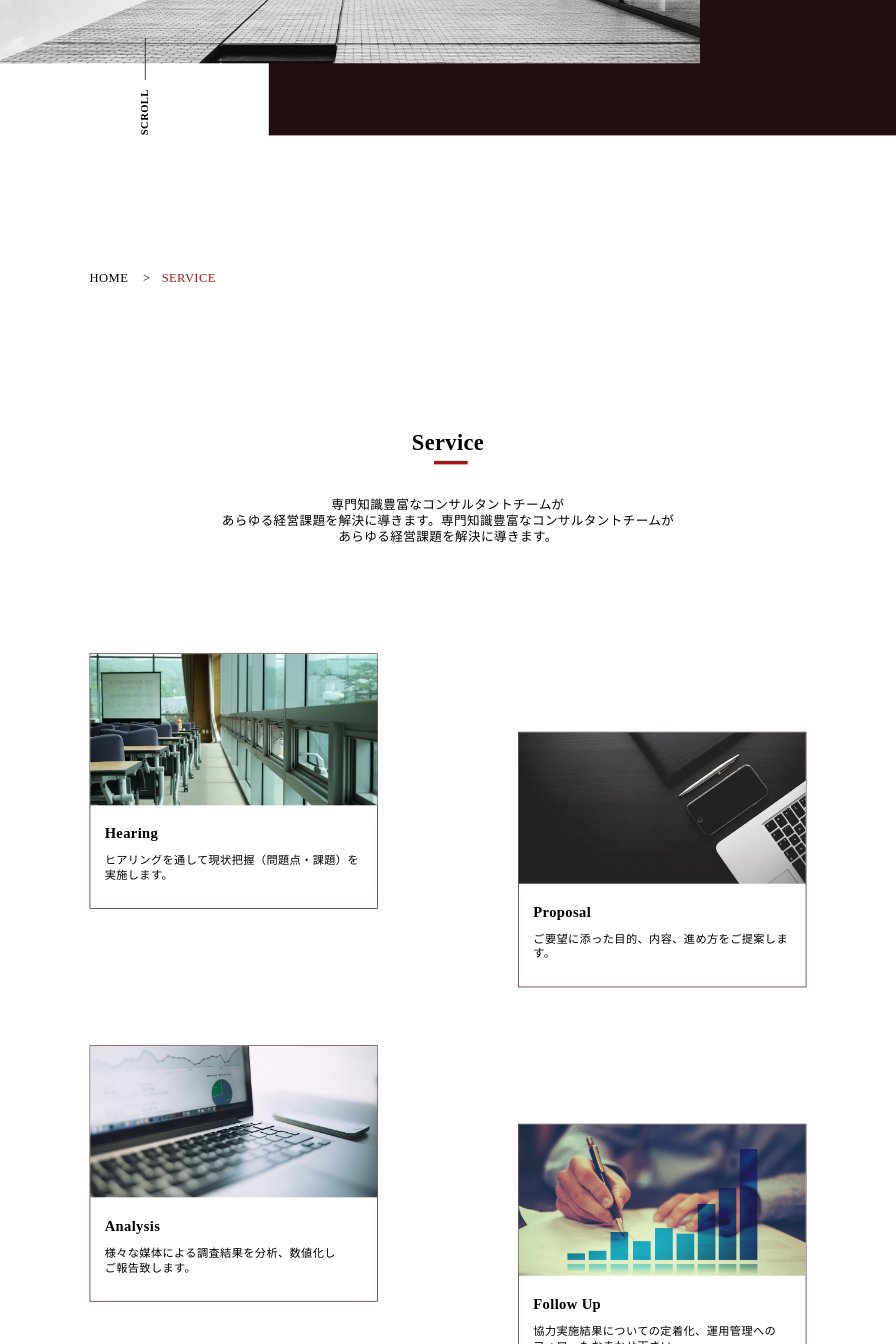
Repository: nozomi-23/hp2_test
Page: html/service.html
These files come from the project's save history. The page is drawn as it stood at one moment and after a run of saves; the edit follows.
The browser window is 1280 px wide. The pictures show the part of the page from y = 459 to 2379 px (the page is 2705 px tall), at 70% of full size.
Some web fonts or font styles are not loaded; a fallback is used. Some web libraries are served in a nearby version.

Above is the page before, as saved 2022-06-26 07:57:12.

### html/service.html
<!DOCTYPE html>
<html lang="ja">

<head>
  <meta charset="UTF-8">
  <title>コンサル事業 N.Company</title>
  <meta name="description" content="専門知識豊富なコンサルタントチームがあらゆる経営課題を解決に導きます。">
  <meta name="keywords" content="コンサル,経営改善,サポート">
  <meta name="viewport" content="width=device-width, initial-scale=1.0">
  <meta property="og:title" content="コンサル事業 N.Company">
  <meta property="og:type" content="article">
  <meta property="og:url" content="https://withcode-plus.tech">
  <meta property="og:image" content="img/logo.png">
  <meta property="og:description" content="専門知識豊富なコンサルタントチームがあらゆる経営課題を解決に導きます。">
  <meta property="og:site_name" content="コンサル事業">
  <link rel="icon" href="favicon.ico">
  <link rel="apple-touch-icon" sizes="180x180" href="img/logo.png">
  <link rel="preconnect" href="https://fonts.googleapis.com">
  <link rel="preconnect" href="https://fonts.gstatic.com" crossorigin>
  <link rel="preconnect" href="https://fonts.googleapis.com">
  <link rel="preconnect" href="https://fonts.gstatic.com" crossorigin>
  <link rel="preconnect" href="https://fonts.googleapis.com">
  <link rel="preconnect" href="https://fonts.gstatic.com" crossorigin>
  <link href="https://fonts.googleapis.com/css2?family=Bitter:wght@300;400&display=swap" rel="stylesheet">
  <link href="https://fonts.googleapis.com/css2?family=Noto+Serif+JP:wght@400;500;700&display=swap" rel="stylesheet">
  <script src="https://kit.fontawesome.com/b17c2acbc6.js" crossorigin="anonymous"></script>
  <link rel="stylesheet" type="text/css" href="../css/reset.css">
  <link rel="stylesheet" type="text/css" href="../css/common1.css">
  <link rel="stylesheet" type="text/css" href="../css/common2.css">
  <link rel="stylesheet" type="text/css" href="../css/service.css">
</head>

<body>
  <!-- ======== header ===== -->
  <header>
    <div class="header_inner">
      <h1 class="header_logo">
        <a href="../index.html"><img src="../img/logo.png" alt="ロゴ画像"></a>
      </h1>
      <nav class="header_nav">
        <ul>
          <li>
            <a href="#">SERVICE</a>
          </li>
          <li>
            <a href="../html/about.html">ABOUT</a>
          </li>
          <li>
            <a href="../html/news.html">NEWS</a>
          </li>
          <li>
            <a href="../html/contact.html">CONTACT</a>
          </li>
        </ul>
      </nav>
    </div>
    <div class="drawer"></div>
  </header>

  <!-- ======== fv ===== -->

  <section class="service_fv">
    <div class="service_fv_wrapper">
      <div class="service_fv_img">
        <img src="../img/service_main.png" alt="メイン画像">
      </div>
      <div class="fv_txt_wrapper_2">
        <span class="top_arrow_txt">SCROLL</span>
      </div>
      <div class="fv_ttl_wrapper">
        <h2 class="service_fv_ttl">SERVICE</h2>
      </div>
    </div>
  </section>

  <!-- ======== パンくずリスト ===== -->

  <section class="breadcrumb section">
    <div class="inner">
      <ul class="breadcrumb_list">
        <li class="breadcrumb_item">
          <a href="../index.html"><span>HOME</span></a>
        </li>
        <li class="breadcrumb_item">
          <a href="../index.html"><span class="color">SERVICE</span></a>
        </li>
      </ul>
    </div>
  </section>

  <!-- ======== service_intro ===== -->

  <section class="service_intro section">
    <div class="service_bg"></div>
    <div class="inner">
      <div class="service_tex">
        <h3 class="section_ttl">Service</h3>
        <p class="service_txt">専門知識豊富なコンサルタントチームが<br>
          あらゆる経営課題を解決に導きます。専門知識豊富なコンサルタントチームが<br>あらゆる経営課題を解決に導きます。</p>
      </div>
      <div class="service_intro_all">
        <ul class="intro_list">
          <li class="intro_item">
            <div class="intro_item_img">
              <img src="../img/hearing.png" alt="hearing画像">
            </div>
            <div class="intro_item_txt intro_item_1">
              <p class="intro_txt_ttl">Hearing</p>
              <p class="intro_txt_txt">ヒアリングを通して現状把握（問題点・課題）を<br>実施します。</p>
            </div>
          </li>
          <li class="intro_item intro_item_2">
            <div class="intro_item_img">
              <img src="../img/proposal.png" alt="proposal画像">
            </div>
            <div class="intro_item_txt">
              <p class="intro_txt_ttl">Proposal</p>
              <p class="intro_txt_txt">ご要望に添った目的、内容、進め方をご提案します。</p>
            </div>
          </li>
          <li class="intro_item intro_item_3">
            <div class="intro_item_img">
              <img src="../img/analysis.png" alt="analysis画像">
            </div>
            <div class="intro_item_txt">
              <p class="intro_txt_ttl">Analysis</p>
              <p class="intro_txt_txt">様々な媒体による調査結果を分析、数値化し<br>ご報告致します。</p>
            </div>
          </li>
          <li class="intro_item intro_item_4">
            <div class="intro_item_img">
              <img src="../img/followup.png" alt="followup画像">
            </div>
            <div class="intro_item_txt">
              <p class="intro_txt_ttl">Follow Up</p>
              <p class="intro_txt_txt">協力実施結果についての定着化、運用管理への<br>フォローもおまかせ下さい。</p>
            </div>
          </li>
        </ul>
      </div>
      </div>
    </div>
  </section>
</body>
<script src="https://ajax.googleapis.com/ajax/libs/jquery/3.5.1/jquery.min.js"></script>
<script type="text/javascript" src="js/common.js"></script>

</html>

### css/reset.css
@charset "UTF-8";

html,
body,
div,
span,
object,
iframe,
h1,
h2,
h3,
h4,
h5,
h6,
p,
blockquote,
pre,
abbr,
address,
cite,
code,
del,
dfn,
em,
img,
ins,
kbd,
q,
samp,
small,
strong,
sub,
sup,
var,
b,
i,
dl,
dt,
dd,
ol,
ul,
li,
fieldset,
form,
label,
legend,
table,
caption,
tbody,
tfoot,
thead,
tr,
th,
td,
article,
aside,
canvas,
details,
figcaption,
figure,
footer,
header,
hgroup,
menu,
nav,
section,
summary,
time,
mark,
audio,
video {
  margin: 0;
  padding: 0;
  border: 0;
  outline: 0;
  font-size: 100%;
  vertical-align: baseline;
  background: transparent;
}

body {
  line-height: 1;
}

article,
aside,
details,
figcaption,
figure,
footer,
header,
hgroup,
menu,
nav,
section {
  display: block;
}

nav ul {
  list-style: none;
}

blockquote,
q {
  quotes: none;
}

blockquote:before,
blockquote:after,
q:before,
q:after {
  content: '';
  content: none;
}

a {
  margin: 0;
  padding: 0;
  font-size: 100%;
  vertical-align: baseline;
  background: transparent;
}

/* change colours to suit your needs */
ins {
  background-color: #ff9;
  color: #000;
  text-decoration: none;
}

/* change colours to suit your needs */
mark {
  background-color: #ff9;
  color: #000;
  font-style: italic;
  font-weight: bold;
}

del {
  text-decoration: line-through;
}

abbr[title],
dfn[title] {
  border-bottom: 1px dotted;
  cursor: help;
}

table {
  border-collapse: collapse;
  border-spacing: 0;
}

/* change border colour to suit your needs */
hr {
  display: block;
  height: 1px;
  border: 0;
  border-top: 1px solid #cccccc;
  margin: 1em 0;
  padding: 0;
}

input,
select {
  vertical-align: middle;
}

### css/common1.css
@charset "UTF-8";

body {
  font-size: 18px;
  color: #000;
  letter-spacing: 0.03em;
  font-family: 'Noto Serif JP', serif;
  line-height: 1.3;
}
li {
  list-style: none;
}
a {
  text-decoration: none;
  cursor: pointer;
  color: #000;
}
/* =====================
共通レイアウト
========================*/

.section {
  margin: 15% 0;
  position: relative;
}

.inner {
  width: 80%;
  height: auto;
  margin: 0 auto;
  /* background-color: aqua; */
}

/* =====================
共通パーツ
========================*/

.section_ttl {
  position: relative;
  font-size: 2rem;
  font-weight: bold;
  display: inline-block;
  margin-bottom: 4.5%;
  padding: 1%;
}

.section_ttl::after {
  content: "";
  position: absolute;
  bottom: 0;
  left: 34%;
  display: inline-block;
  width: 3rem;
  border-bottom: 5px solid #A71414;
}

.btn {
  width: 25%;
  margin: 0 auto;
}

.btn a {
  text-align: center;
  color: #fff;
  background: #210E0E;
  font-weight: bold;
  line-height: 4;
  display: block;
  width: 100%;
  height: 100%;
  cursor: pointer;
  transition: all 0.5s;
}

.btn a:hover {
  opacity: 0.8;
  transition: all 0.5s;
}
/* =====================
header
========================*/
header {
  background: #000;
}

.header_inner {
  display: flex;
  justify-content: space-between;
  align-items: center;
  padding: 0.7%;
}

.header_logo {
  width: 20%;
}
.header_logo img {
  width: 100%;
  height: 100%;
}

.header_nav {
  width: 60%;
  height: auto;
}

.header_nav ul {
  display: flex;
  align-items: center;
}

.header_nav ul li {
  padding: 1.5% 6%;
  border-left: solid 1px #fff;
}

.header_nav ul li:last-child {
  border-right: solid 1px #fff;
}

.header_nav ul li a {
  display: block;
  color: #fff;
  font-weight: bold;
}

.header_nav ul li a:hover {
  color: #AB9999;
}

header .drawer {
  visibility: hidden;
}

/* =====================
footer
========================*/

footer {
  background: #000;
  padding: 2%;
  text-align: center;
}

.footer_logo {
  margin: 0 auto;
  width: 15%;
  height: auto;
}

.footer_logo img {
  width: 100%;
  height: 100%;
}

.footer_list {
  width: 70%;
  height: auto;
  display: flex;
  justify-content: center;
  align-items: center;
  margin: 3.5% auto;
}

.footer_list li {
  padding: 1% 6%;
  border-left: solid 1px #fff;
}

.footer_list li:last-child {
  border-right: solid 1px #fff;
}

.footer_list li a {
  color: #fff;
  font-size: 0.95rem;
}

.footer_list li a:hover {
  color: #AB9999;
}

.footer_sns {
  display: flex;
  align-items: center;
  justify-content: center;
  margin: 3% 0;
}

.sns_icon.sns_icon1 {
  margin-right: 2.5%;
}

.sns_icon.sns_icon1,
.sns_icon.sns_icon2 {
  font-size: 2.25rem;
}
.sns_icon a {
  color: #fff;
}

.sns_icon {
  transition: 0.2s;
}

.sns_icon:hover {
  transition: 0.2s;
  transform: translateY(-5px);
}


footer small {
  color: #fff;
  font-size: 0.8rem;
  display: block;
  margin: 1.5% 0;
}

### css/common2.css
@charset "UTF-8";

/* =====================
fv
========================*/
.service_fv_wrapper {
  display: flex;
  position: relative;
}

.service_fv_img {
  position: absolute;
  z-index: 1;
  top: 4%;
  left: 0;
}

.service_fv_img img {
  width: 100%;
  height: 100%;
}

.fv_txt_wrapper_2 {
  position: relative;
  width: 30%;
  height: 80vh;
}

.fv_ttl_wrapper {
  width: 70%;
  height: 80vh;
  background: #210E0E;
  align-items: center;
  display: flex;

}

.service_fv_ttl {
  color: #fff;
  font-weight: bold;
  font-size: 4.2rem;
  margin-left: auto;
  padding-right: 0.5em;
  z-index: 3;
}

.top_arrow_txt {
  position: absolute;
  bottom: 4%;
  left: 45%;
  transform: rotate(270deg);
  font-weight: bold;
  font-size: 0.95rem;
  z-index: 3;
}

.top_arrow_txt::after {
  content: "";
  width: 60px;
  border-bottom: solid 1px;
  display: inline-block;
  position: absolute;
  bottom: 40%;
  left: 120%;
}

/* =====================
パンくずリスト
========================*/
.breadcrumb_list {
  display: flex;
}

.breadcrumb_item::after {
  content: ">";
  padding: 0 1rem;
}

.breadcrumb_item:last-child::after {
  content: "";
}

.breadcrumb_item .color {
  color: #A71414;
}

### css/service.css
@charset "UTF-8";


/* =====================
service_intro
========================*/
.service_bg {
  position: absolute;
  width: 100px;
}

.service_tex {
  text-align: center;
}

.service_intro_all {
  margin: 15% 0;
}

.service_txt {
  width: 70%;
  height: auto;
  margin: 0 auto;
  text-align: center;
}

.intro_list {
  display: flex;
  justify-content: space-between;
  flex-wrap: wrap;
}

.intro_item {
  width: 40%;
  height: auto;
  margin-bottom: 19%;
  border: solid 1px #441414;
}


.intro_item_img img {
  width: 100%;
  height: 30vh;
  object-fit: cover;
}

.intro_item_txt {
  padding: 5%;}

.intro_txt_ttl {
  font-weight: bold;
  margin-bottom: 1rem;
  font-size: 1.3rem;
}

.intro_txt_txt {
  position: relative;
  padding-bottom: 1rem;
  font-size: 1rem;
}

.intro_item.intro_item_2 {
  position: relative;
  top: 7rem;
}

.intro_item.intro_item_4 {
  position: relative;
  top: 7rem;
}

Loaded but not shown: js/common.js (no copy from this time; the picture is the same without it)

After the next 8 saves:
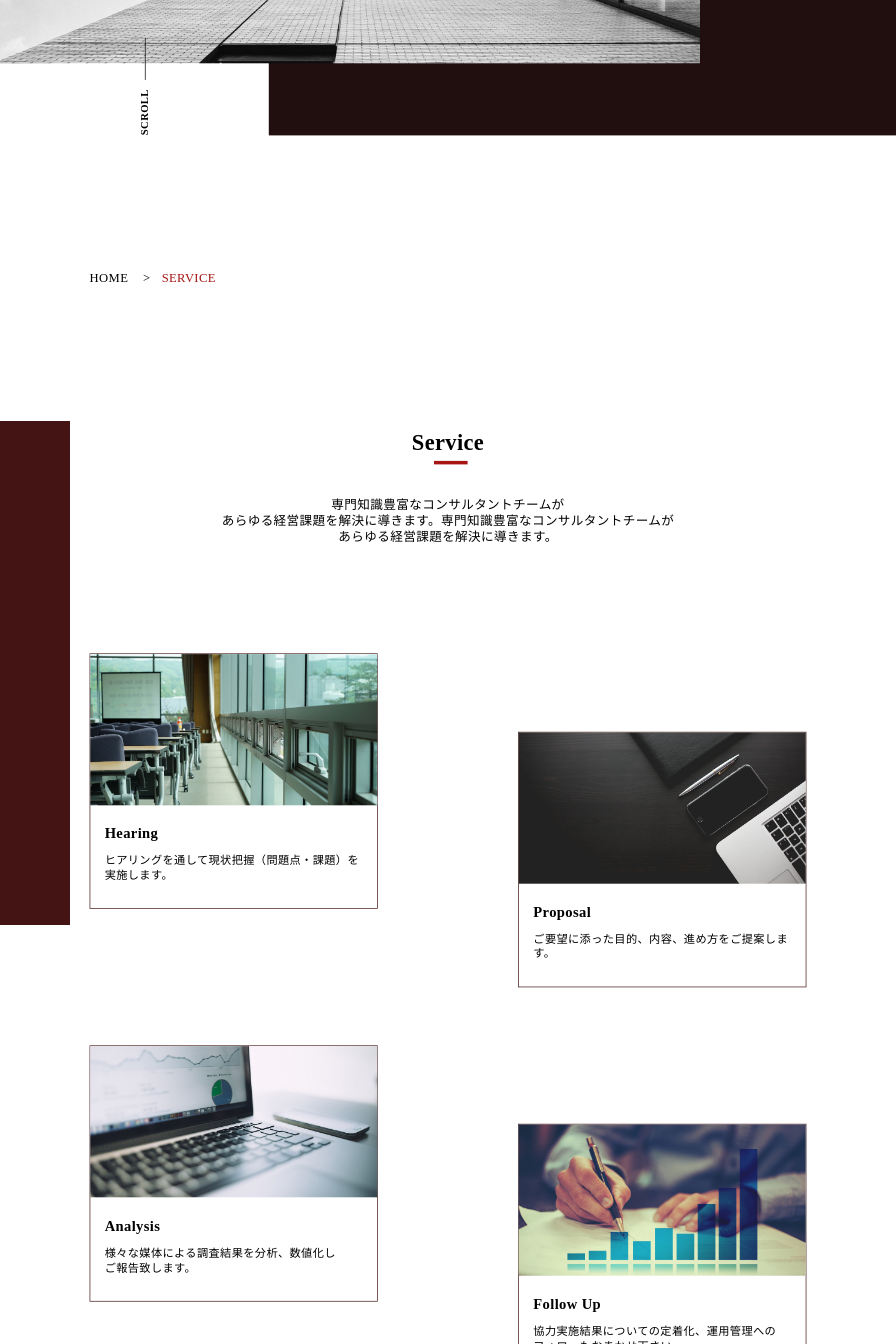
The 8 saves are shown as one change because they came seconds apart.
The last was saved 27 s later.
--- a/css/service.css
+++ b/css/service.css
@@ -7,6 +7,8 @@ service_intro
 .service_bg {
   position: absolute;
   width: 100px;
+  height: 100vh;
+  background: #441414;
 }
 
 .service_tex {
